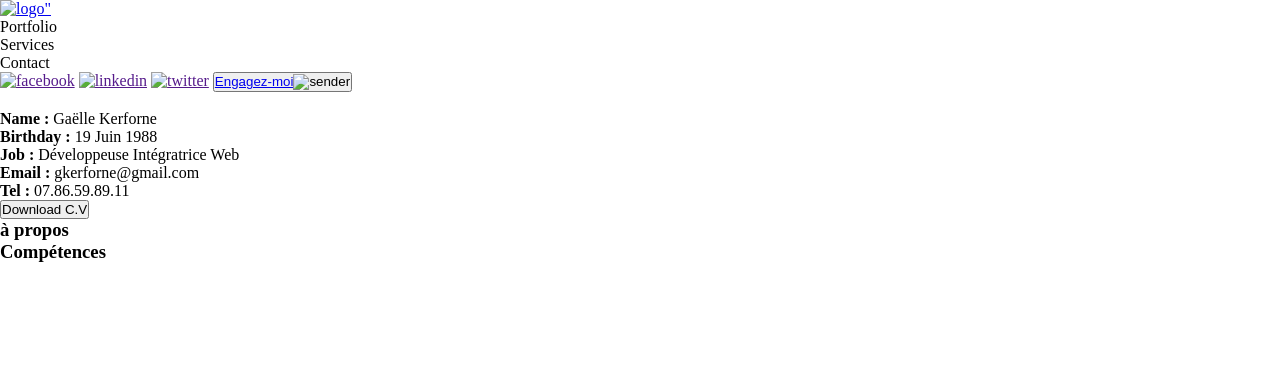
Repository: helfina/my_SiteWeb_gaelle-kfe
Page: index.html
These files come from the project's save history. The page is drawn as it stood at one moment and after the next save; the edit follows.
The browser window is 1280 px wide. The pictures show the whole page.

Above is the page before, as saved 2020-11-08 11:40:31.

After the next save:
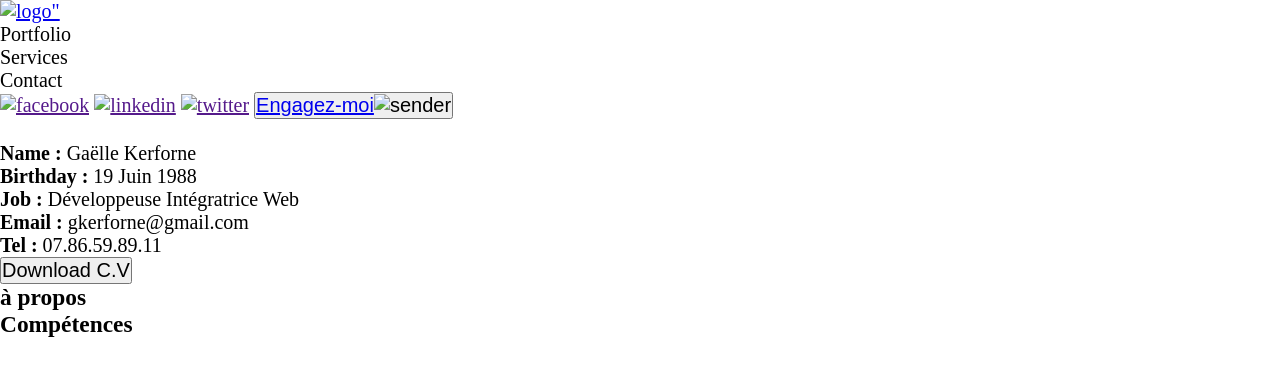
Saved 4 s later.
--- a/assets/css/style.css
+++ b/assets/css/style.css
@@ -15,7 +15,7 @@ body {
 }
 
 body, input, button {
- font-size: 20;
+ font-size: 20px;
  font-family: ;
 }
 
